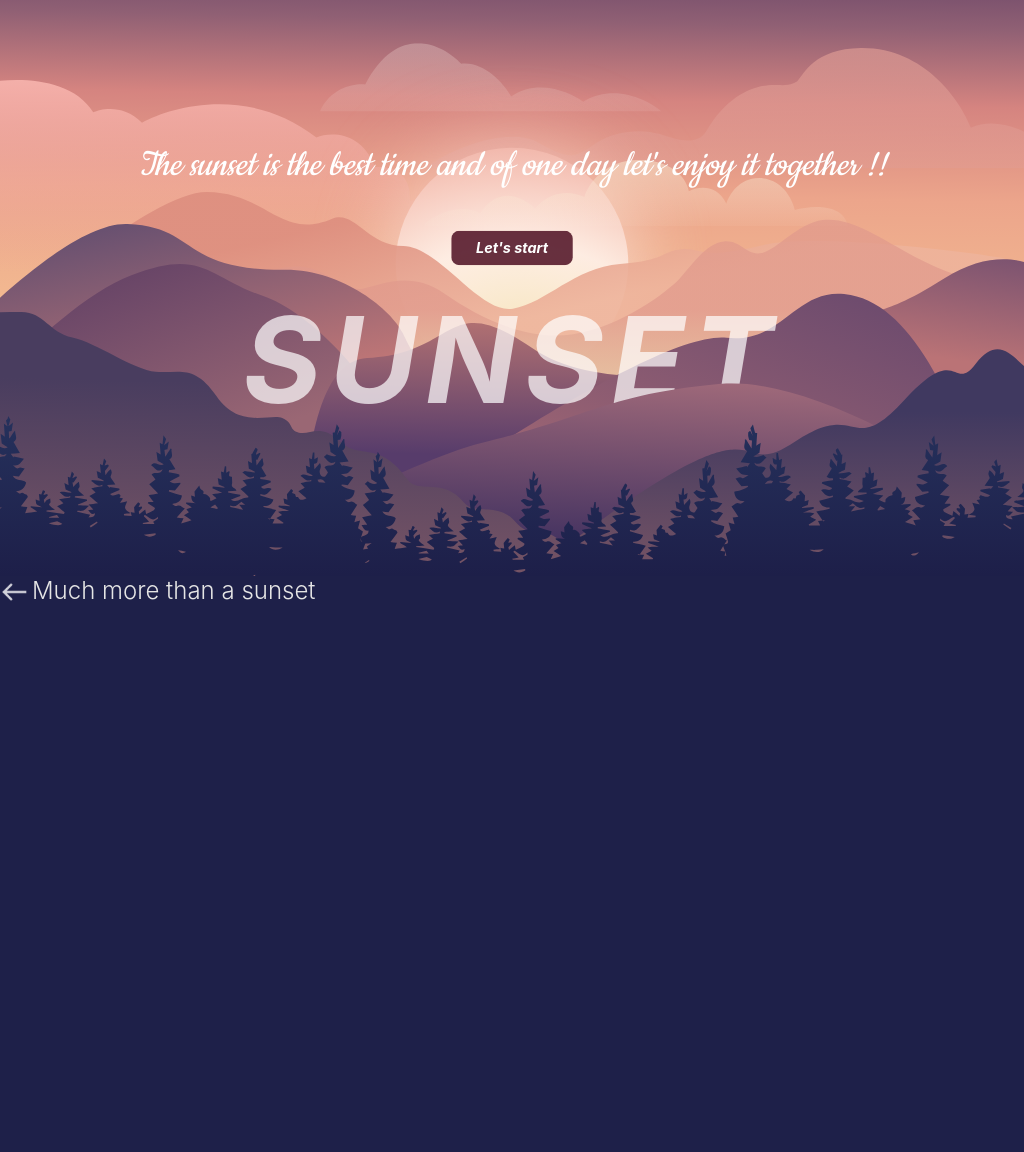
Repository: nambui98/parallax
Page: /
An editor plug-in stored every save of this project. The page is shown before and after a run of saves, followed by the edit.
The browser window is 1280 px wide. The pictures show the whole page, at 80% of full size.
The project was rebuilt for these pictures with package versions that can differ from the ones it lists, and the page was loaded fresh each time. Also part of the build but not shown: vite.config.ts.

Above is the page before, as saved 2022-03-24 15:16:24.

After the next 2 saves:
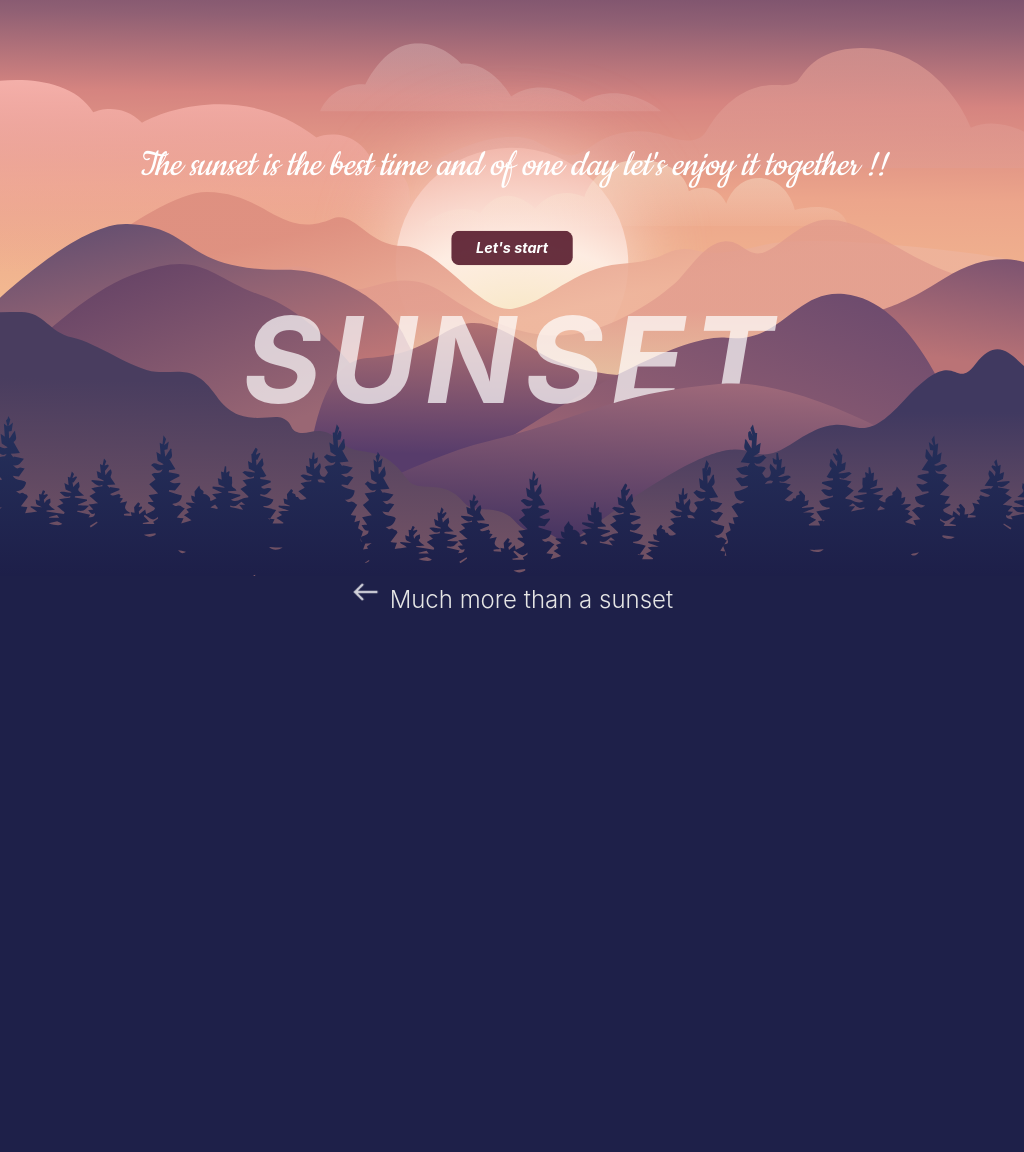
The 2 saves are shown as one change because they came seconds apart.
The last was saved 7 s later.
--- a/src/App.scss
+++ b/src/App.scss
@@ -138,14 +138,11 @@ html{
 }
 .content{
   display: flex;
-  // justify-content: center;
+  justify-content: center;
   h1{
     color: #E5E5E5;
     font-size: 3rem;
     font-weight: 300;
-    display: flex;
-    // justify-content: center;
-    // align-items: center;
     img{
       height: 4rem;
     }
